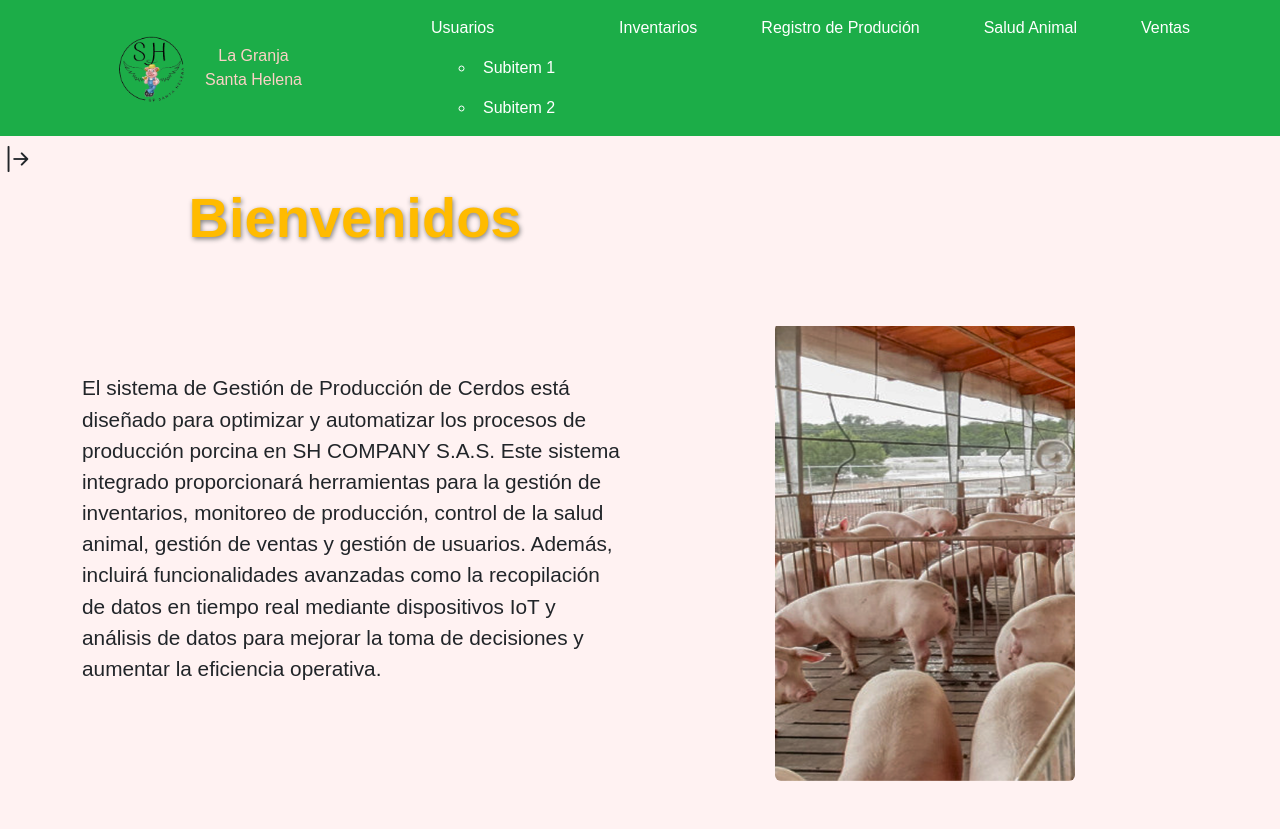
Repository: Mateojimenezz/Granja-Santa-Helena
Page: paginaDeInicio.html
An editor plug-in stored every save of this project. The page is shown before and after the next save, followed by the edit.
The browser window is 1280 px wide. The pictures show the whole page.
Some web fonts or font styles are not loaded; a fallback is used.

Above is the page before, as saved 2025-03-31 16:23:13.

### paginaDeInicio.html
<!DOCTYPE html>
<html lang="es">
<head>
    <meta charset="UTF-8">
    <meta name="viewport" content="width=device-width, initial-scale=1.0">
    <title>La Granja</title>
    <link href="https://cdn.jsdelivr.net/npm/bootstrap@5.3.3/dist/css/bootstrap.min.css" rel="stylesheet" integrity="sha384-QWTKZyjpPEjISv5WaRU9OFeRpok6YctnYmDr5pNlyT2bRjXh0JMhjY6hW+ALEwIH" crossorigin="anonymous">

    <link rel="stylesheet" href="./assets/css/index.css">
    <link rel="stylesheet" href="./assets/css/paginaDeInicio.css">
    <link rel="stylesheet" href="https://cdn.jsdelivr.net/npm/bootstrap-icons@1.11.3/font/bootstrap-icons.min.css">
    <link href="https://fonts.googleapis.com/css2?family=Calistoga&display=swap" rel="stylesheet">

  </head>
<body>
  <header class="header sticky-top d-flex  align-items-center ">
    <div class="container d-flex  align-items-center justify-content-between ">
      <div class="logo">
        <img  src="./assets/img/logo.png" width="90" alt="Logo">
        <span>La Granja <br> Santa Helena</span>
      </div>
      <nav class="navbar navbar-expand-lg ">
        <button class="navbar-toggler toggler-focus text-white" type="button" data-bs-toggle="collapse" data-bs-target="#menu" aria-controls="menu" aria-expanded="false" aria-label="Toggle navigation">
          <span class="navbar-toggler-icon"></span>
        </button>
        <div class="collapse navbar-collapse" id="menu">
          <ul class="navbar-nav ms-auto    gap-md-3 gap-lg-5">
            <li class="nav-item"><a class="nav-link" href="#" >Usuarios</a>
              <ul class="submenu">
                <li><a class="nav-link" href="#">Subitem 1</a></li>
                <li><a class="nav-link" href="#">Subitem 2</a></li>
              </ul>
            </li>
            <li class="nav-item"><a class="nav-link" href="#">Inventarios</a></li>
            <li class="nav-item"><a class="nav-link" href="#">Registro de Produción</a></li>
            <li class="nav-item"><a class="nav-link" href="#">Salud Animal</a></li>
            <li class="nav-item"><a class="nav-link" href="#">Ventas</a></li>
          </ul>
        </div>
        </div>
      </nav>
    </div>
  </header>
  <button id="toggleMenu" class="d-none d-sm-none d-md-block  btn  position-fixed  btn-MenuLateralAbrir ">
    <span><i class="bi bi-arrow-bar-right"></i></span>
  </button>
  <!-- Menú lateral -->
  <div id="sidebar" class=" border-end vh-100 position-fixed start-0 p-3  ">
    <button id="closeMenu" class="btn  mb-1 btn-MenuLateralCerrar">
      <span><i class="bi bi-arrow-bar-left"></i></span>
    </button>
    <ul id="sisidebarMenu"  class="nav flex-column" >

    </ul>
  </div>
  <main class="container">
    <!-- Sección 1 -->
    <section class="row seccion-1">
      <article class="col-12 col-lg-6 d-flex justify-content-center align-items-center mt-5 mb-2">
        <h1 >Bienvenidos</h1>
      </article>
    </section>
    <!-- Sección 2 -->
    <section class="row seccion-2 -gap-10 mt-2">
      <article class="d-flex flex-column align-items-center justify-content-center col-12 col-lg-6 ">
        <p class="text-justify mb-5">
          El sistema de Gestión de Producción de Cerdos está diseñado para optimizar y automatizar
          los procesos de producción porcina en SH COMPANY S.A.S. Este sistema integrado proporcionará herramientas
          para la gestión de inventarios, monitoreo de producción, control de la salud animal, gestión de ventas y gestión de usuarios.
          Además, incluirá funcionalidades avanzadas como la recopilación de datos en tiempo real mediante dispositivos IoT y análisis de datos
          para mejorar la toma de decisiones y aumentar la eficiencia operativa.
        </p>
      </article>
      <!-- Imagen -->
      <article class="col-12 col-lg-6 d-flex justify-content-center align-items-center p-5 ">
        <img
          src="assets/img/Upload-5a8315b810a15-13022018 1.png"  width="300" height="200"
          class="img-fluid rounded "
          alt="Fotografía de la granja"
        />
      </article>
    </section>
  </main>










  <!-- bootstrap JS -->
  <script src="https://cdn.jsdelivr.net/npm/bootstrap@5.3.3/dist/js/bootstrap.bundle.min.js" integrity="sha384-YvpcrYf0tY3lHB60NNkmXc5s9fDVZLESaAA55NDzOxhy9GkcIdslK1eN7N6jIeHz" crossorigin="anonymous"></script>
  <script src="./assets/js/menu.js"></script>
  <script src="./assets/js/menuLateral.js"></script>
  <script src="./assets/js/submenu.js"></script>

</body>

</html>

### assets/css/index.css
@import "./variables.css";

/* === General === */
body {
  margin: 0;
  font-family: var(--font-principal);
  background-color: var(--color-FondoDiv2);
}

/* === Header === */
.header {
  background-color: var(--color-principal);
  color: var(--color-texto);
  font-size: 1rem;
}

.logo {
  display: flex;
  align-items: center;
  gap: 0.5rem;
  color: #FCD1C6;
  text-align: center;
  margin-left: 25px;
}

/* === Botón Ingresar === */
.ingresar,
.ingresar1 {
  color: white !important;
  cursor: pointer;
  display: flex;
  align-items: center;
  gap: 10px;
}

.ingresar {
  margin-left: 110px;
  margin-right: 100px;
}

.ingresar h5:hover,
.ingresar1 h5:hover {
  color: var(--color-fondoDiv);
}

/* === Navbar === */
.navar-nav {
  justify-content: center;
}

.nav-link {
  position: relative;
  color: white;
  text-decoration: none;
  padding: 0.5rem;
  transition: color 0.3s ease-in-out;
}
.nav-link:active{
  color: red;
}

.nav-link::after {
  content: '';
  position: absolute;
  left: 15px;
  bottom: 0;
  width: 0;
  height: 2px;
  background-color: var(--color-FondoDiv2);
  transition: width 0.3s ease-in-out;
}

.nav-link:hover {
  color: var(--color-fondoDiv);
}

.nav-link:hover::after {
  width: 75%;
}

/* === Sección 1 - Imagen Principal === */
.imagen1 {
  width: 100%;
  height: 500px;
  object-fit: cover;
}

.titulo1 {
  position: absolute;
  top: 50%;
  left: 50%;
  transform: translate(-50%, -50%);
  color: white;
  font-size: 4rem;
  font-weight: bold;
  text-shadow: 2px 2px 5px var(--color-principal);
  text-align: center;
}

/* === Sección 3 === */
.seccion-3 {
  background-color: var(--color-fondoDiv);
}

/* === Footer === */
.footer {
  background-color: var(--color-Footter);
  padding-left: 50px;
  padding-bottom: 0px;
  margin-bottom: -50px;
}

.Logofooter {
  max-width: 250px;
  margin-right: 50px;
}

/* === Responsividad === */
@media (max-width: 991px) {

  /* Ajustes en dispositivos pequeños */
  .logo {
    margin-left: -10px;
  }

  .navbar-toggler {
    border: none !important;
  }

  .navbar-toggler:focus,
  .navbar-toggler:active,
  .navbar-toggler:hover {
    outline: none !important;
    box-shadow: 0 0 10px #F8E91C !important;
  }

  /* Ocultar ingresar en pantallas pequeñas y mostrar ingresar1 */
  .ingresar {
    display: none;
  }

  .ingresar1 {
    display: flex;
  }

  .ingresar1 .bi {
    padding-top: 5px;
  }
}

### assets/css/paginaDeInicio.css
#sidebar {
  display: none;
  transition: all 0.3s ease; /* Animación opcional */
  background-color: var(--color-menu-lateral);
  width: 250px;
}

#sidebar.open {
  display: block;
}
.btn-MenuLateralAbrir{
  margin-top: -5px;
  margin-left: -10px;
  font-size: 30px;
  font-weight: 700;
  border:none;

}

.btn-MenuLateralCerrar{
  margin-top: -20px;
  margin-left: 190px;
  font-size: 25px;
  border:none;
}
.seccion-1 h1{
    font-family: var(--font-principal);
    color:  #FFBB00;
    font-size: 3.5em;
    font-weight: bold;
    text-shadow: gray 1px 2px 5px;

}
.seccion-2{
  font-size: 1.3em;
  font-family: Arial;
}
/* Ocultar los submenús inicialmente */
.submenu {
  display: none;
}

@media (max-width: 991px) { /* Para pantallas menores a md */
  #sidebar {
    display: none !important; /* Oculta el menú lateral */
  }
  #toggleMenu, #closeMenu {
    display: none !important; /* Oculta los botones asociados */
  }
}
 .submenu {
    display: block; /* Submenús siempre visibles */
  }

  .submenu {
    margin-left: 20px; /* Ajustar posición dentro del menú lateral */
  }
  .nav-item.active .submenu {
    display: block;
  }

### assets/js/menu.js
document.addEventListener("DOMContentLoaded", function () {
    const menuToggle = document.querySelector(".navbar-toggler");
    const logo = document.querySelector(".logo");
    const menu = document.getElementById("menu");

    menuToggle.addEventListener("click", function () {
      const isMenuOpen = menu.classList.contains("show");

      if (isMenuOpen) {
        // Cuando el menú está abierto, restauramos el logo
        logo.style.display = "flex";
      } else {
        // Cuando el menú está cerrado, ocultamos el logo
        logo.style.display = "none";
      }
    });

    // Detectar cuando el usuario cierra el menú automáticamente
    menu.addEventListener("hidden.bs.collapse", function () {
      logo.style.display = "flex";
    });
  });

### assets/js/menuLateral.js
document.addEventListener("DOMContentLoaded", function () {
  const toggleMenu = document.getElementById("toggleMenu");
  const closeMenu = document.getElementById("closeMenu");
  const sidebar = document.getElementById("sidebar");
  const mainContent = document.querySelector("main"); // Selecciona el contenido principal
  const navLinks = document.querySelectorAll(".navbar-nav .nav-link"); // Selecciona los enlaces del menú superior

  // Función que verifica si la pantalla es grande
  function isLargeScreen() {
    return window.innerWidth >= 768; // Define pantallas grandes (md o más)
  }

  // Mostrar/ocultar el menú solo si la pantalla es grande
  if (isLargeScreen()) {
    toggleMenu.addEventListener("click", function () {
      if (sidebar.style.display === "none" || sidebar.style.display === "") {
        sidebar.style.display = "block"; // Muestra el menú lateral
        mainContent.style.marginLeft = "270px"; // Desplaza el contenido hacia la derecha
      } else {
        sidebar.style.display = "none"; // Oculta el menú lateral
        mainContent.style.marginLeft = "220px"; // Restaura el contenido al margen original
      }
    });

    closeMenu.addEventListener("click", function () {
      sidebar.style.display = "none"; // Oculta el menú lateral
      mainContent.style.marginLeft = "220px"; // Restaura el contenido al margen original
    });

    // Funcionalidad para los ítems del menú superior
    navLinks.forEach(link => {
      link.addEventListener("click", function (e) {
        e.preventDefault(); // Evita el comportamiento predeterminado del enlace

        if (sidebar.style.display === "block") {
          sidebar.style.display = "none"; // Oculta el menú lateral
          mainContent.style.marginLeft = "20px"; // Restaura el contenido al margen original
        } else {
          sidebar.style.display = "block"; // Despliega el menú lateral
          mainContent.style.marginLeft = "270px"; // Desplaza el contenido principal
        }
      });
    });
  }

  // Opcional: ocultar el menú inmediatamente si el usuario redimensiona a una pantalla pequeña
  window.addEventListener("resize", function () {
    if (!isLargeScreen()) {
      sidebar.style.display = "none"; // Oculta el menú lateral
      mainContent.style.marginLeft = "0"; // Restaura el contenido al margen original
    }
  });
});

### assets/js/submenu.js
document.addEventListener("DOMContentLoaded", function () {
  const menuItems = document.querySelectorAll(".nav-item"); // Ítems principales del menú

  function isLargeScreen() {
    return window.innerWidth >= 768; // Pantallas grandes
  }

  // Funcionalidad para mostrar los submenús según la pantalla
  menuItems.forEach(item => {
    const submenu = item.querySelector(".submenu");

    if (submenu) {
      if (isLargeScreen()) {
        // Mostrar automáticamente los submenús en pantallas grandes
        submenu.style.display = "block"; // Submenús visibles en el lateral
      } else {
        // Pantallas pequeñas: Mostrar submenús al hacer clic
        item.addEventListener("click", () => {
          item.classList.toggle("active"); // Alternar clase activa
          submenu.style.display = submenu.style.display === "block" ? "none" : "block";
        });
      }
    }
  });

  // Redimensionar: Ajustar los estilos al cambiar el tamaño de la ventana
  window.addEventListener("resize", function () {
    menuItems.forEach(item => {
      const submenu = item.querySelector(".submenu");
      if (submenu) {
        if (isLargeScreen()) {
          submenu.style.display = "block"; // Pantalla grande: Siempre visible
        } else {
          submenu.style.display = "none"; // Pantalla pequeña: Ocultar por defecto
        }
      }
    });
  });
});

### assets/css/variables.css
/* variables.css */
:root {
    --color-principal: #1CAD48 ;
    --color-Botones: rgba(255, 187, 0, 0.47);
    --color-texto: white;
    --color-fondo: #f5f5f5;
    --font-principal: 'calistoga','arial';
    --color-fondoDiv: #F8E91C;
    --color-FondoDiv2:#FFF2F2;
    --color-Footter: #D9D9D9;
    --letra-gris: #B0B0B7;
    --color-menu-lateral:#BDEAAD;
  }

After the next save:
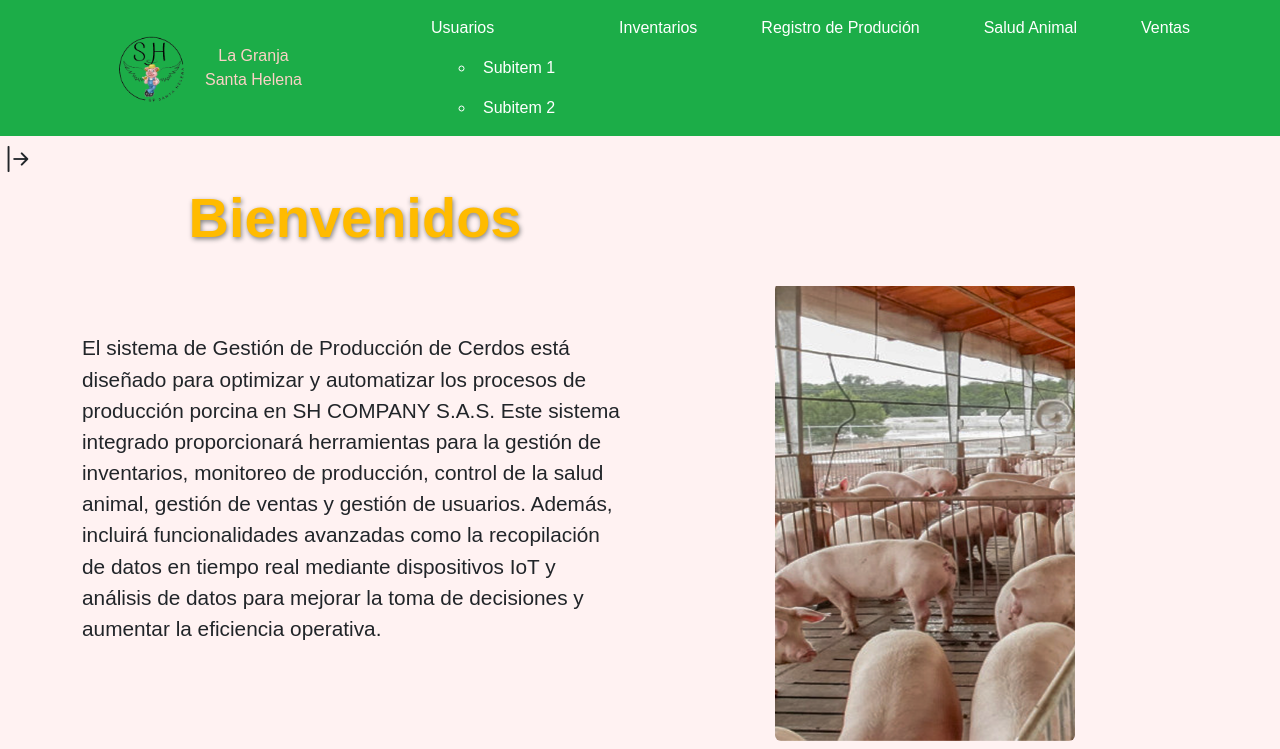
Saved 11 s later.
--- a/paginaDeInicio.html
+++ b/paginaDeInicio.html
@@ -72,7 +72,7 @@
         </p>
       </article>
       <!-- Imagen -->
-      <article class="col-12 col-lg-6 d-flex justify-content-center align-items-center p-5 ">
+      <article class="col-12 col-lg-6 d-flex justify-content-center align-items-center p-2 ">
         <img
           src="assets/img/Upload-5a8315b810a15-13022018 1.png"  width="300" height="200"
           class="img-fluid rounded "
